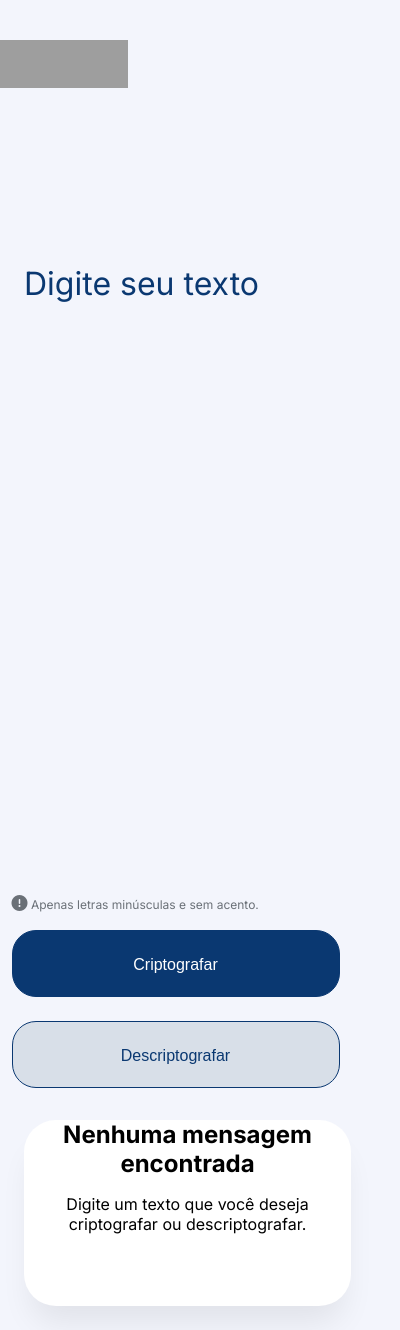
Repository: CarlosEduardoVdeOliveira/descodificador-de-texto
Page: index.html
These files come from the project's save history. The page is drawn as it stood at one moment and after the next save; the edit follows.
The browser window is 375 px wide. The page is 375 px wide, then 400 px, then 375 px, so the pictures cover 400 px, including what lies to the right of the window. The pictures show the whole page.
Pictures or frames that could not be fetched are drawn as grey boxes.

Above is the page before, as saved 2023-04-13 08:48:27.

### index.html
<!DOCTYPE html>
<html lang="en">
<head>
   <meta charset="UTF-8">
   <link rel="preconnect" href="https://fonts.googleapis.com">
   <link rel="preconnect" href="https://fonts.gstatic.com" crossorigin>
   <meta http-equiv="X-UA-Compatible" content="IE=edge">
   <meta name="viewport" content="width=device-width, initial-scale=1.0">
   <link href="https://fonts.googleapis.com/css2?family=Inter:wght@400;700&display=swap" rel="stylesheet">
   <link rel="stylesheet" href="https://cdnjs.cloudflare.com/ajax/libs/font-awesome/6.4.0/css/all.min.css" integrity="sha512-iecdLmaskl7CVkqkXNQ/ZH/XLlvWZOJyj7Yy7tcenmpD1ypASozpmT/E0iPtmFIB46ZmdtAc9eNBvH0H/ZpiBw==" crossorigin="anonymous" referrerpolicy="no-referrer" />
   <link rel="stylesheet" href="/public/styles/reset.css">
   <link rel="stylesheet" href="/public/styles/index.css">
   <link rel="stylesheet" href="/public/styles/tablet.css">
   <link rel="stylesheet" href="/public/styles/mobile.css">
   <title>Decodificador</title>
</head>
<body>
   <main>
      <img src="/public/images/imageLogo.png"
         alt="letra a da logo da escola de programação Alura">
      <div class="frist-area">
         <textarea class="textarea-input" placeholder="Digite seu texto" autofocus></textarea>
         <div class="info">
            <span>
               <i class="fa-solid fa-circle-exclamation"></i>
               Apenas letras minúsculas e sem acento.
            </span>
            <div class="info-group-button">
               <button class="button-cryptography">Criptografar</button>
               <button class="button-decryption">Descriptografar</button>
            </div>
         </div>
      </div>
      <div class="text-cryption">
         <img src="/public/images/imageHighLight.svg" alt="">
         <div>
            <h2>Nenhuma mensagem encontrada</h2>
            <p>
               Digite um texto que você deseja criptografar ou descriptografar.
            </p>
         </div>
      </div>
   </main>
   <script src="/public/scripts/index.js"></script>
</body>
</html>

### public/styles/reset.css
:root{
   --light-gray: #D8DFE8;
   --gray-100: #CED4DA;
   --gray-200: #ADB5BD;
   --gray-300: #868E96;
   --gray-400: #495057;
   --gray-500: #343A40;
   --light-blue-100: #F3F5FC;
   --light-blue-200: #EFF1FA;
   --light-blue-300: #E9ECF8;
   --light-blue-400: #AAB2D5;
   --light-blue-500: #757FB2;
   --dark-blue-100: #609ED4;
   --dark-blue-200: #356EA9;
   --dark-blue-300: #0A3871;
   --dark-blue-400: #072B61;
   --dark-blue-500: #052051;
}
*{
   margin: 0;
   padding: 0;
   box-sizing: border-box;
}

html{
   font-family:  'Inter', sans-serif;
   font-size: 1rem;
}

### public/styles/index.css
/* header{
   width: 100%;
   height: 2.5rem;
} */
body{
   background-color: var(--light-blue-100);
}
img{
   width: 8rem;
   height: 3rem;
   margin-top: 2.5rem;
}
main {
   display: flex;
   justify-content: space-around;
   align-items: self-start;
   margin: 0 auto;
}
.frist-area{
   display: flex;
   flex-direction: column;
   margin-top: 7.5rem;
}
textarea.textarea-input{
   width: 100%;
   height: 39.68rem;
   font-family: 'Inter';
   font-size: 32px;
   line-height: 150%;
   background-color: var(--light-blue-100);
   color: var(--dark-blue-300);
   border: none;
   resize: none;
   margin: 1.5rem auto;
   padding: 1.5rem;
}
textarea.textarea-input:focus{
   outline: 0;
}

textarea.textarea-input::placeholder{
   color: var(--dark-blue-300);
}

i{
   color: var(--gray-400);
   font-size: 1rem;
}
span{
   font-size: 12px;
   color: var(--gray-400);
   line-height: 150%;
   opacity: 0.8;
   margin-bottom: 1rem;
}
button{
   padding: 1.5rem;
   gap: .5rem;
   width: 328px;
   height: 67px;
   border-radius: 1.5rem;
   cursor: pointer;
   font-size: 1rem;
   line-height: 19px;
   border: 1px solid var(--dark-blue-300);
   transition: all .2s;
}
.button-cryptography{
   background-color: var(--dark-blue-300);
   color: white;
   margin-right: 1.5rem;
}
.button-cryptography:hover{
   background-color: var(--dark-blue-400);
}
.button-decryption{
   background: var(--light-gray);
   color: var(--dark-blue-300);
}
.button-decryption:hover{
   background-color: var(--light-blue-200);
}
.text-cryption{
   width: 25rem;
   margin: 2.5rem;
   padding: 15.188rem 2rem;
   text-align: center;
   background-color: white;
   /* shadow */
   box-shadow: 0px 24px 32px -8px rgba(0, 0, 0, 0.08);
   border-radius: 32px;
}
.text-cryption img{
   width: 21rem;
   height: 19rem;
}
.text-cryption div{
   display: flex;
   flex-direction: column;

   margin-top: 2rem;
   padding: 0px;
   gap: 16px;
}
.format-text-cryption{
   /* padding: 2rem;
   position: relative; */

}

.button-copy-cryption{
   background-color: white;
}
.button-copy-cryption:hover{
   background-color: var(--light-blue-200);
}

### public/styles/tablet.css
@media (max-width: 768px) {
   main{
      display: block;
   }
   .textarea-input{
      margin: 0 auto;
   }
   .info{
      display: flex;
      flex-direction: column;
      margin: 0 auto;
   }
   .text-cryption{
      width: 43rem;
      height: 8.313rem;
      padding: 0;
      margin: 1.5rem auto;
   }
   .text-cryption img{
      display: none;
   }
}

### public/styles/mobile.css
@media (max-width: 375px) {
   .info-group-button{
      display: flex;
      flex-direction: column;
      margin: 0 auto;
   }
   .info-group-button .button-cryptography{
      margin-bottom: 1.5rem;
   }
   .text-cryption{
      width: 20.438rem;
      height: 11.625rem;
      padding: 0;
      margin: 1.5rem auto;
   }
}

### public/scripts/index.js
const elementTextarea = document.querySelector("textarea.textarea-input");
const areaCryption = document.querySelector(".text-cryption");
const buttonCryptography = document.querySelector(".button-cryptography");
const buttonDecryption = document.querySelector(".button-decryption");


function alterTextCryptionArea(){
   areaCryption.classList.remove('text-cryption')
   areaCryption.innerHTML = `
      <p>${elementTextarea.value}</p>
      <button class="button-copy-cryption">Copiar</button>
   `;
}
/*
function copyText(){
   const text = document.querySelector("format-text-cryption")
   text.select();
   document.execCommand('copy');
} */
/* document.querySelector("button-copy-cryption").onclick = copyText */
buttonCryptography.onclick = alterTextCryptionArea
buttonDecryption.onclick = alterTextCryptionArea

After the next save:
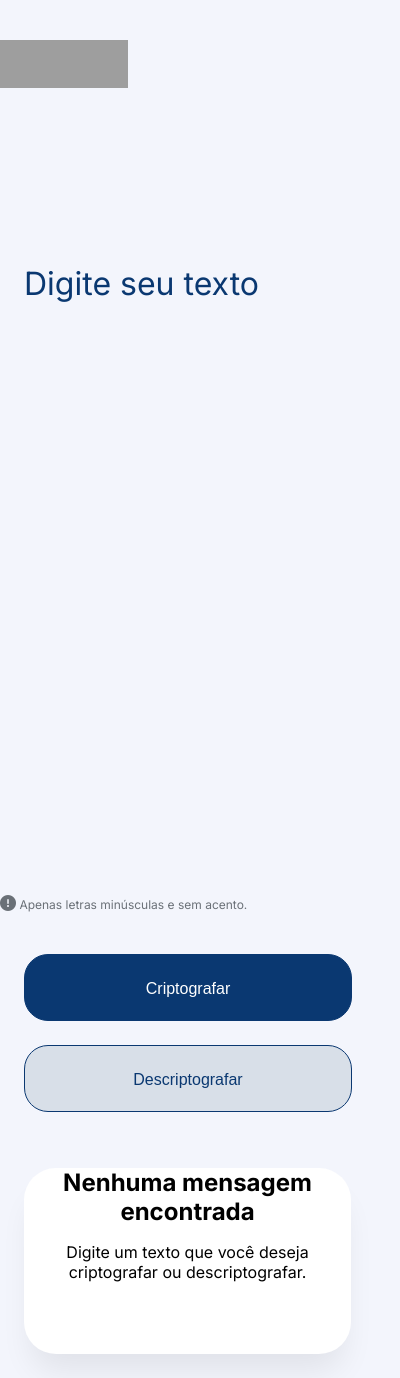
Saved 13 s later.
--- a/public/styles/mobile.css
+++ b/public/styles/mobile.css
@@ -2,7 +2,7 @@
    .info-group-button{
       display: flex;
       flex-direction: column;
-      margin: 0 auto;
+      margin: 1.5rem;
    }
    .info-group-button .button-cryptography{
       margin-bottom: 1.5rem;

After the save that followed:
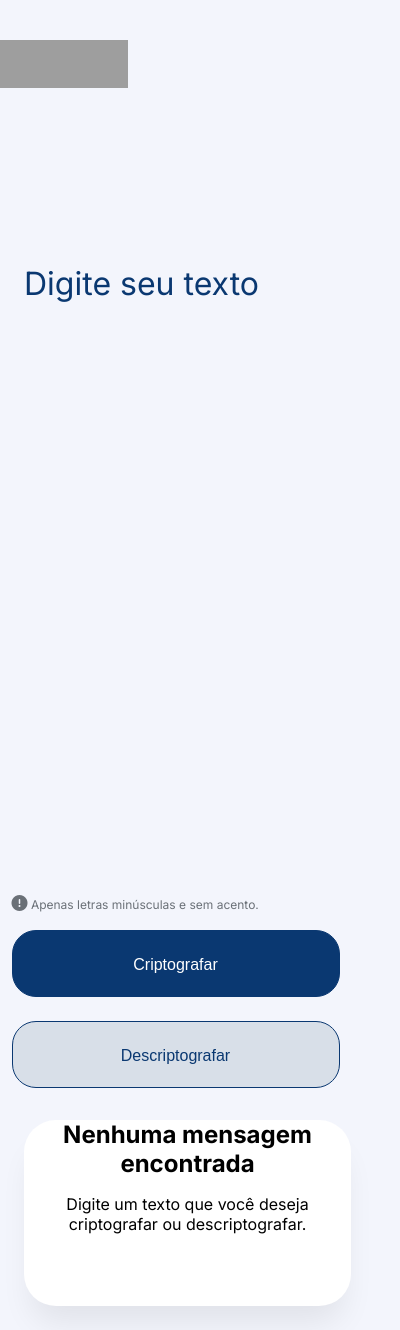
Saved 9 s later.
--- a/public/styles/mobile.css
+++ b/public/styles/mobile.css
@@ -2,7 +2,6 @@
    .info-group-button{
       display: flex;
       flex-direction: column;
-      margin: 1.5rem;
    }
    .info-group-button .button-cryptography{
       margin-bottom: 1.5rem;
